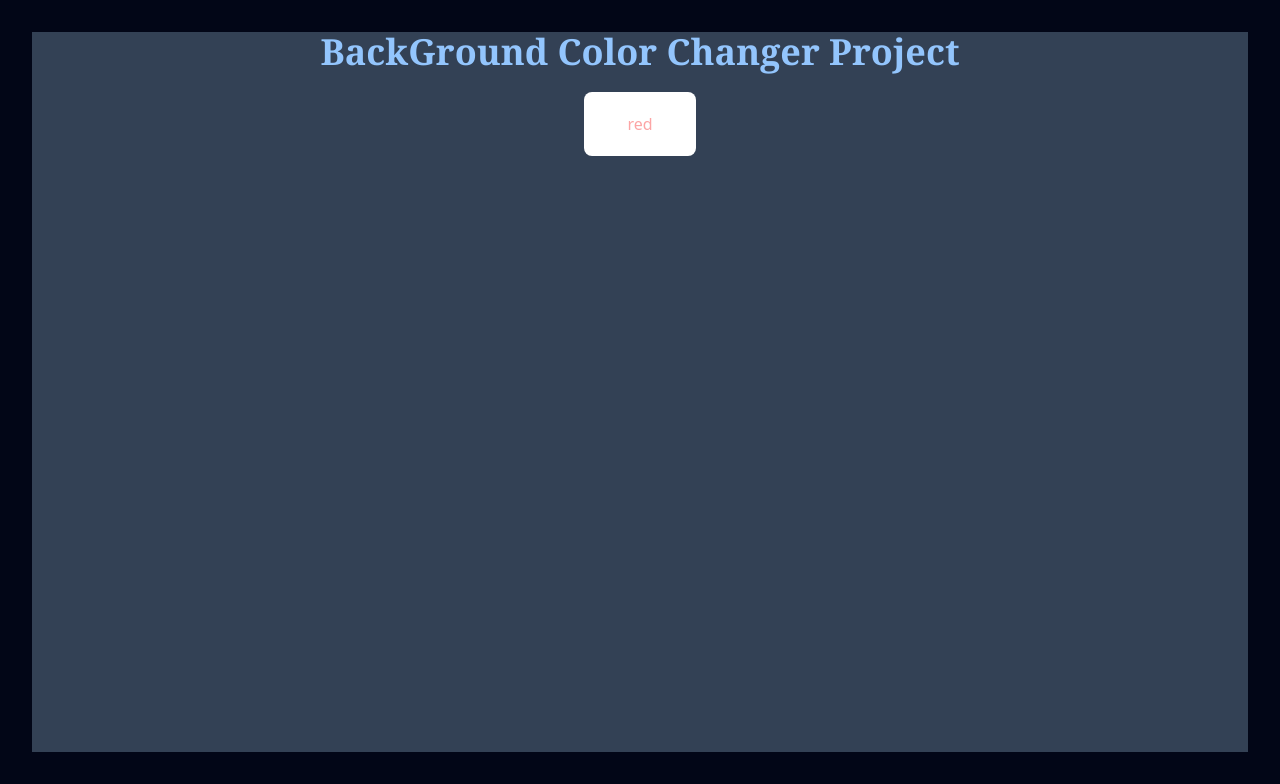
Repository: ChaitanyMishra/react-daily-work
Page: / (app in day-04-react/bg_color_changer/)
The author's editor kept a copy of each file at every save. The page is drawn from the files as they stood at one save, then again after the next save.
The browser window is 1280 px wide. The pictures show the whole page.
The project was rebuilt for these pictures with package versions that can differ from the ones it lists, and the page was loaded fresh each time. Also part of the build but not shown: day-04-react/bg_color_changer/vite.config.js.

Above is the page before, as saved 2025-06-20 16:50:06.

### day-04-react/bg_color_changer/src/index.css
@tailwind base;
@tailwind components;
@tailwind utilities;
body{
  @apply bg-slate-950
}

### day-04-react/bg_color_changer/src/App.jsx
import {useState } from 'react'
import ChangeBgColor from './backGrounColorChanger/bgChange'
import  ColorChangeButton from './backGrounColorChanger/buttonComponent'
import './App.css'

function App() {
  const [colorState , changeColor] = useState("olvie")

  return (
    <div className='w-full h-screen bg-slate-700'>
    <h1 className='text-4xl font-serif font-bold text-blue-300 '>BackGround Color Changer Project</h1>
     <button className="bg-white text-red-300 m-5 p-5 rounded-lg w-[7rem]  ">red</button>
    <ColorChangeButton />
    </div>
  )
}

export default App

### day-04-react/bg_color_changer/src/backGrounColorChanger/bgChange.jsx
export default function ChangeBgColor(){



}

### day-04-react/bg_color_changer/src/backGrounColorChanger/buttonComponent.jsx
export default function ColorChangeButton(){
    <button className="bg-white text-red-300">red</button>
}

Loaded but not shown: day-04-react/bg_color_changer/index.html (common file); day-04-react/bg_color_changer/src/main.jsx (common file); day-04-react/bg_color_changer/src/App.css (common file); day-04-react/bg_color_changer/tailwind.config.js (common file)

After the next save:
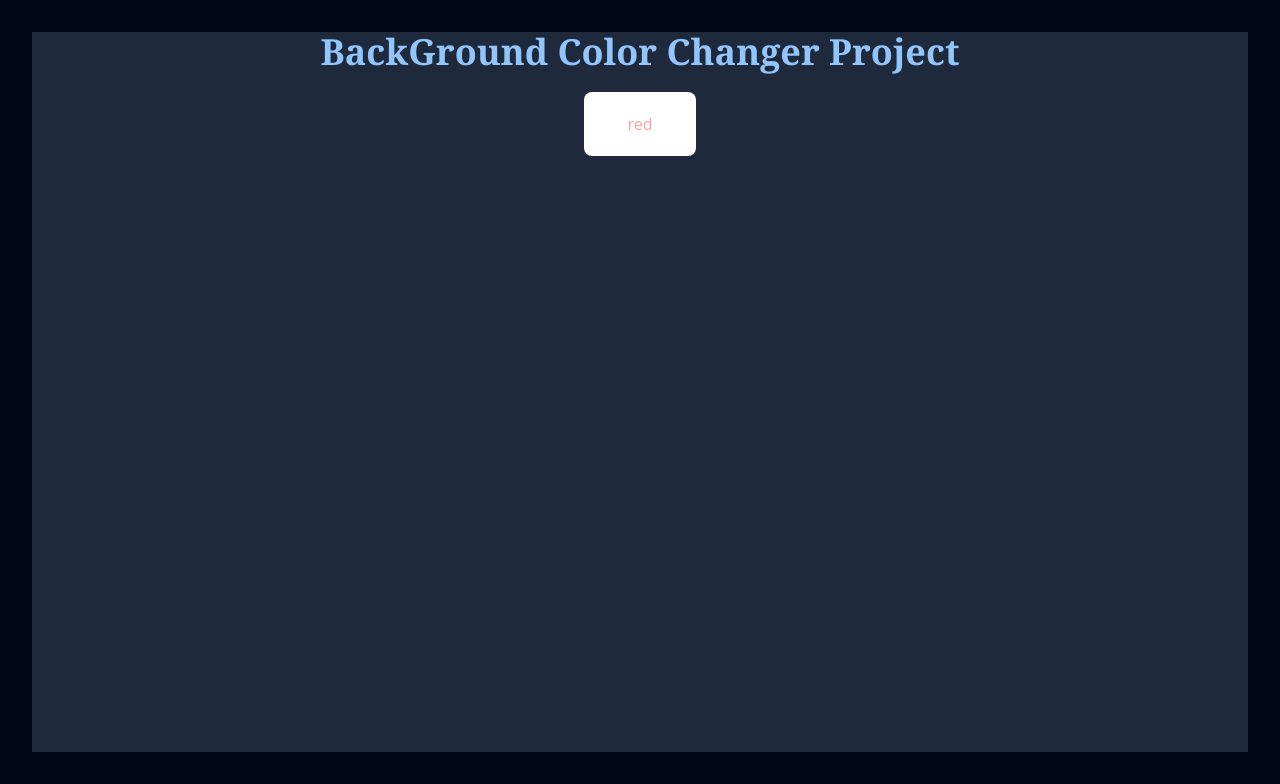
Saved 9 s later.
--- a/day-04-react/bg_color_changer/src/App.jsx
+++ b/day-04-react/bg_color_changer/src/App.jsx
@@ -7,7 +7,7 @@ function App() {
   const [colorState , changeColor] = useState("olvie")
 
   return (
-    <div className='w-full h-screen bg-slate-700'>
+    <div className='w-full h-screen bg-slate-800'>
     <h1 className='text-4xl font-serif font-bold text-blue-300 '>BackGround Color Changer Project</h1>
      <button className="bg-white text-red-300 m-5 p-5 rounded-lg w-[7rem]  ">red</button>
     <ColorChangeButton />
